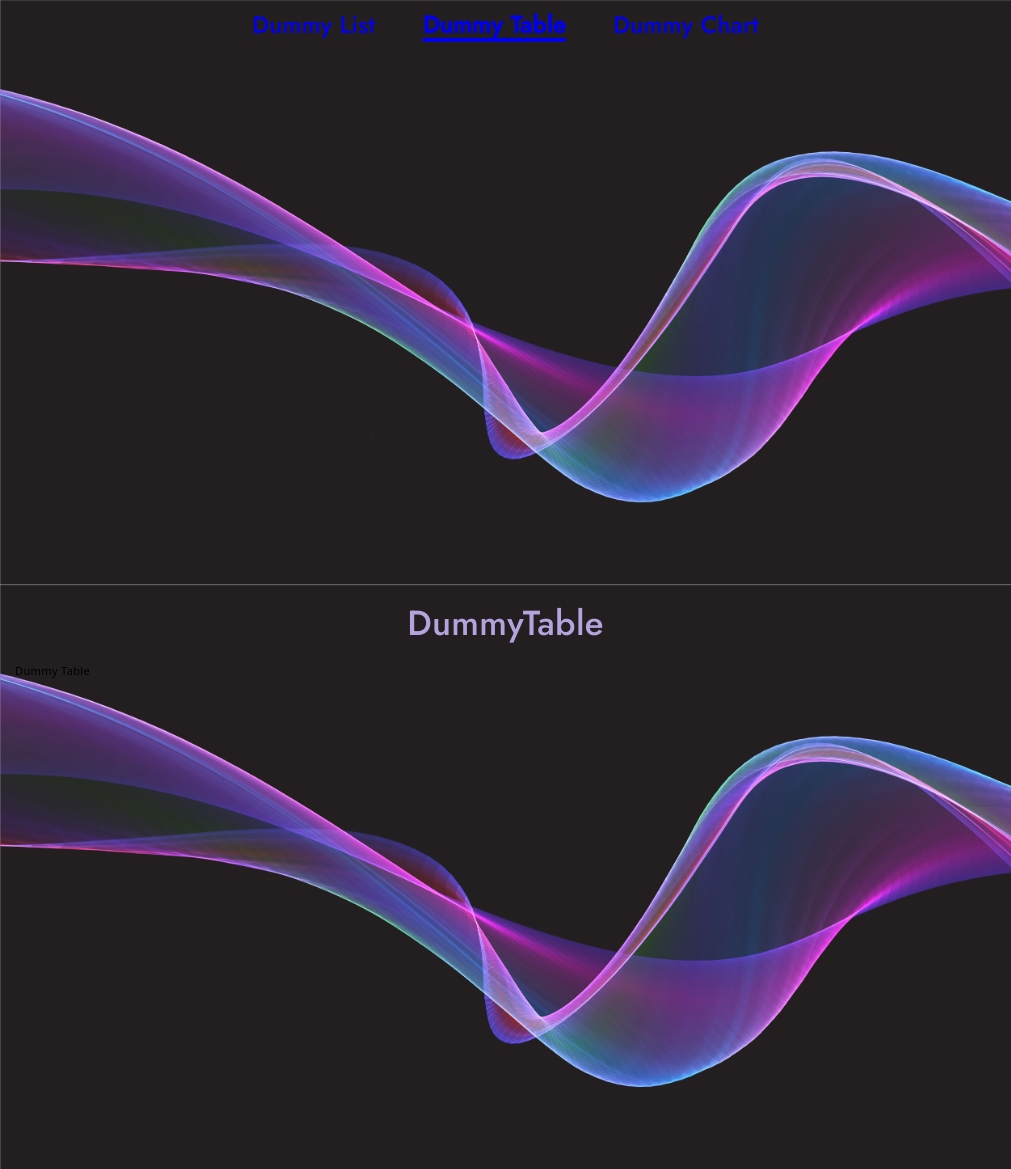
Repository: Vadim-27/backendless
Page: /tabs/dummyTable
These files come from the project's save history. The page is drawn as it stood at one moment and after the next save; the edit follows.
The browser window is 1280 px wide. The pictures show the whole page, at 79% of full size.
Backgrounds fixed to the window are drawn as part of the page. The project was rebuilt for these pictures with package versions that can differ from the ones it lists, and the page was loaded fresh each time.

Above is the page before, as saved 2023-10-28 16:37:04.

After the next save:
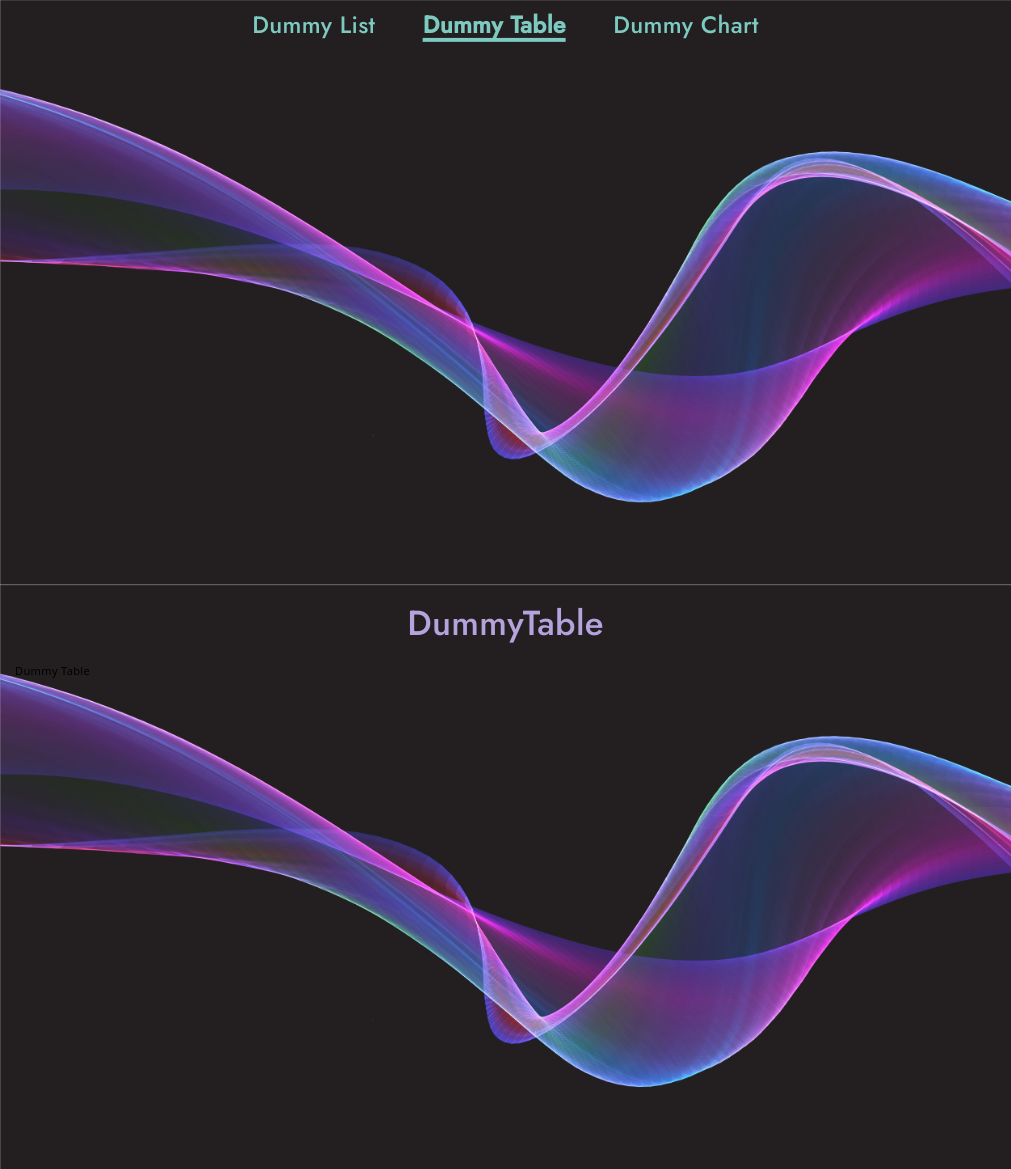
Saved 4 s later.
--- a/src/modules/Navbar/navbar.module.scss
+++ b/src/modules/Navbar/navbar.module.scss
@@ -8,7 +8,7 @@
 .link {
     padding-bottom: 5px;
     text-decoration: none;
-    color: var();
+    color: var(--primary-secondary);
     display: inline-block;
     padding: 10px 0px;
     font-family: Jost-Medium;
